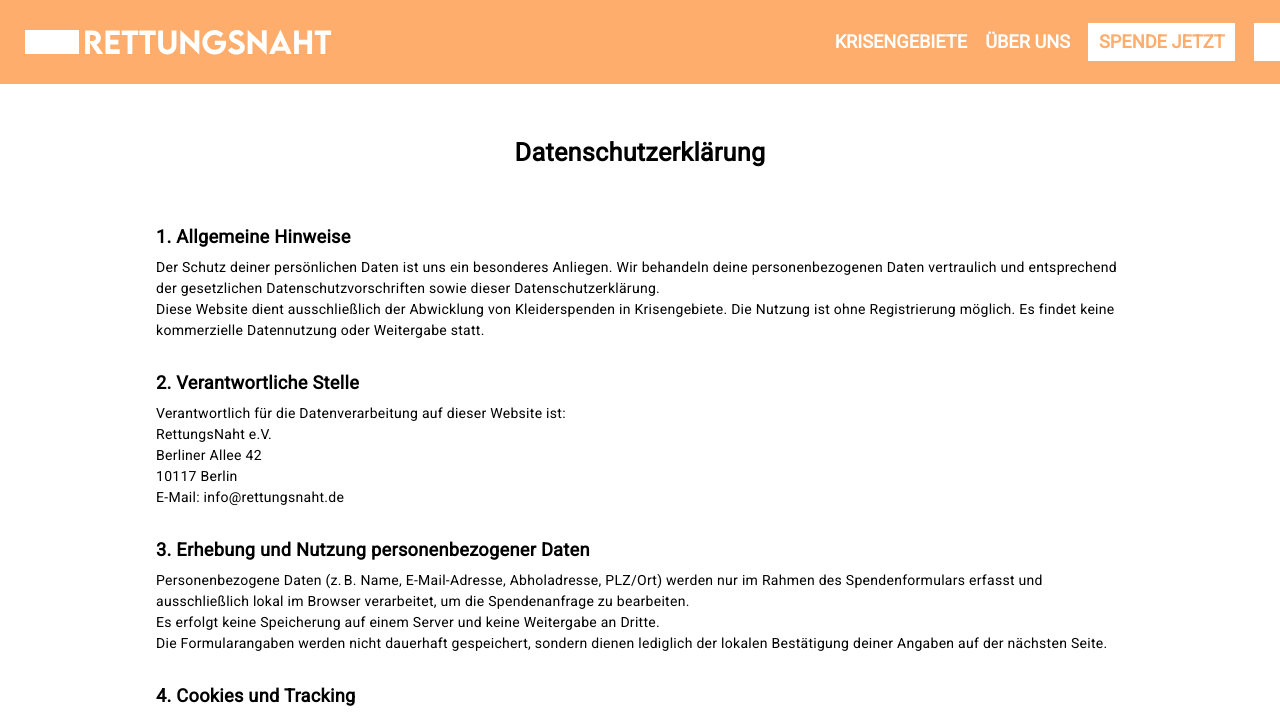
Repository: chriZVee/rettungsnaht
Page: /privacy-policy
An editor plug-in stored every save of this project. The page is shown before and after the next save, followed by the edit.
The browser window is 1280 px wide. The pictures show the whole page.
An inner scrolling area shows only its first screen. The project was rebuilt for these pictures with package versions that can differ from the ones it lists, and the page was loaded fresh each time. Also part of the build but not shown: vite.config.js, src/index.css, src/styles/hero.css, src/components/Hero.jsx, src/styles/form.css, src/components/form/AreaSelection.jsx, src/components/form/ContactData.jsx, src/components/form/DonationMethod.jsx and 17 more.

Above is the page before, as saved 2025-04-17 14:51:26.

### index.html
<!doctype html>
<html lang="en">

<head>
  <meta charset="UTF-8" />
  <link rel="icon" type="image/svg+xml" href="/vite.svg" />
  <meta name="viewport" content="width=device-width, initial-scale=1.0" />
  <link href="https://fonts.googleapis.com/css2?family=Roboto&display=swap" rel="stylesheet">
  <title>RETTUNGSNAHT e.V.</title>
</head>

<body>
  <div id="root"></div>
  <script type="module" src="/src/main.jsx"></script>
</body>

</html>

### src/App.jsx
import { BrowserRouter as Router, Routes, Route } from "react-router-dom";
import "./App.css";
import "./styles/global.css";
import Home from "./pages/Home";
import Confirmation from "./pages/Confirmation";
import Imprint from "./pages/Imprint";
import PrivacyPolicy from "./pages/PrivacyPolicy";

export default function App() {
  return (
    <Router>
      <Routes>
        <Route path="/" element={<Home />} />
        <Route path="/confirmation" element={<Confirmation />} />
        <Route path="/imprint" element={<Imprint />} />
        <Route path="/privacy-policy" element={<PrivacyPolicy />} />
      </Routes>
    </Router>
  );
}

### src/App.css
/* APP */
#root {
  margin: 0 auto;
}

img.seam-form {
  position: absolute;
  bottom: -4em;
  left: 0em;
  width: 120%;
  z-index: 2;
}

### src/styles/global.css
/* GLOBAL */

:root {
  /* Colors */
  --highlight: #ffad6d;
  --link-hover: #ffad6d;
  --text: #000;
  --button-unchecked: #f2f2f2;
  --button-checked: #ffad6d;
  --button-text: #fff;
  --h2: #000;
  --lightGrey: #f2f2f2;
  --warning: #ff4000;

  /* Font - not in use yet */
  --font-small: 0.8rem;
  --font-base: 1rem;
  --font-medium: 1.3rem;
  --font-ml: 1.5rem;
  --font-large: 1.8rem;
  --font-xl: 2.4rem;
  --font-xxl: 4.8rem;
  --font-h2: 2.1rem;
  --font-h1: 2.6rem;
  --font-button: 1rem;

  line-height: 1.5;
  width: auto;
}

* {
  box-sizing: border-box;
}

body,
html {
  font-size: 14px;
  font-family: "Roboto", "Segoe UI", "Helvetica Neue", sans-serif;
  background-color: white;
  /* margin reset */
  margin: 0;
  max-width: 100%;
  width: 100%;
  overflow-x: hidden;
  height: 100%;
}

@media (max-width: 480px) {
  html {
    width: fit-content;
  }
}

.header,
.footer,
.content {
  width: 100%;
}

h1,
.page-title {
  font-size: var(--font-h1);
  text-align: center;
  padding: 1.5em 0;
  font-weight: bold;
}

@media (max-width: 1440px) {
  h1,
  .page-title {
    padding: 2em 0.5em;
    font-size: var(--font-large);
  }
}

@media (max-width: 768px) {
  h1,
  .page-title {
    padding: 2em 0.5em 1.5em;
    font-size: var(--font-ml);
  }
}

h2 {
  font-size: var(--font-h2);
  font-weight: bold;
}

@media (max-width: 480px) {
  h2 {
    font-size: var(--font-ml);
  }
}

/* Margin Reset */
p,
h1,
h2 {
  margin: 0;
  letter-spacing: 0.02rem;
}
ul {
  padding: 0px;
}

img {
  max-width: 100%;
  height: auto;
  display: block;
}

a {
  color: white;
  text-decoration: none;
  font-weight: bold;
}

/* Centered Containers */
/* Large Desktops */
.container {
  max-width: 1440px;
  display: flex;
  flex-direction: column;
  margin: 0 auto;
}

@media (max-width: 1440px) {
  .container {
    width: 100%;
    max-width: 1200px;
  }
}

@media (max-width: 1280px) {
  .container {
    width: 100%;
    max-width: 1024px;
    padding: 0 3rem;
  }
}

/* Laptop/Tablet */
@media (max-width: 1024px) {
  .container {
    max-width: 960px;
    padding: 0 2rem;
  }
}

/* Tablet */
@media (max-width: 768px) {
  .container {
    max-width: 720px;
    padding: 0 1rem;
  }
}

/* Smartphone */
@media (max-width: 480px) {
  .container {
    max-width: 100%;
    padding: 0 0.75rem;
  }
}

/* Fieldset reset */
fieldset {
  border: none;
  padding: 0;
  margin: 0;
  min-inline-size: unset;
}

/* Hide elements */
.hidden {
  display: none !important;
}

@media (max-width: 768px) {
  .hide-on-mobile {
    display: none;
  }
}

.button {
  display: flex;
  padding: 0.5em 0.8em;
  background-color: var(--button-checked);
  cursor: pointer;
  font-weight: normal;
  transition: all 0.2s ease;
  font-size: var(--font-button);
  text-align: center;
  border: none;
  color: white;
}

.buttonized .deco {
  cursor: default;
}

.capitalize {
  text-transform: capitalize;
}

### src/pages/PrivacyPolicy.jsx
import Page from "../components/Page";
import org from "../data/org";
import "../styles/privacy-policy.css";

export default function PrivacyPolicy() {
  return (
    <Page>
      <section className="privacy-policy container">
        <h1>Datenschutzerklärung</h1>
        <div className="policy-block">
          <h2>1. Allgemeine Hinweise</h2>
          <p>
            Der Schutz deiner persönlichen Daten ist uns ein besonderes
            Anliegen. Wir behandeln deine personenbezogenen Daten vertraulich
            und entsprechend der gesetzlichen Datenschutzvorschriften sowie
            dieser Datenschutzerklärung.
          </p>

          <p>
            Diese Website dient ausschließlich der Abwicklung von Kleiderspenden
            in Krisengebiete. Die Nutzung ist ohne Registrierung möglich. Es
            findet keine kommerzielle Datennutzung oder Weitergabe statt.
          </p>
        </div>
        <div className="policy-block">
          <h2>2. Verantwortliche Stelle</h2>
          <p>
            Verantwortlich für die Datenverarbeitung auf dieser Website ist:
          </p>

          <p>{org.officialName}</p>
          <p>{org.address}</p>
          <p>
            {org.zip} {org.city}
          </p>
          <p>E-Mail: {org.email}</p>
        </div>
        <div className="policy-block">
          <h2>3. Erhebung und Nutzung personenbezogener Daten</h2>
          <p>
            Personenbezogene Daten (z. B. Name, E-Mail-Adresse, Abholadresse,
            PLZ/Ort) werden nur im Rahmen des Spendenformulars erfasst und
            ausschließlich lokal im Browser verarbeitet, um die Spendenanfrage
            zu bearbeiten.
          </p>
          <p>
            Es erfolgt keine Speicherung auf einem Server und keine Weitergabe
            an Dritte.
          </p>

          <p>
            Die Formularangaben werden nicht dauerhaft gespeichert, sondern
            dienen lediglich der lokalen Bestätigung deiner Angaben auf der
            nächsten Seite.
          </p>
        </div>
        <div className="policy-block">
          <h2>4. Cookies und Tracking</h2>

          <p>
            Diese Website verwendet keine Cookies, keine Analyse-Tools (z. B.
            Google Analytics) und keine Drittanbieter-Skripte.
          </p>
        </div>
        <div className="policy-block">
          <h2>5. Deine Rechte</h2>
          <p>
            Da keine personenbezogenen Daten gespeichert oder übertragen werden,
            entstehen dir gegenüber uns keine über das Spendenformular
            hinausgehenden Verpflichtungen.
          </p>
          <p>
            Wenn du Fragen hast, kannst du uns jederzeit per E-Mail
            kontaktieren.
          </p>
        </div>
        <div className="policy-block">
          <h2>6. Sicherheit</h2>
          <p>
            Diese Seite läuft über eine SSL-verschlüsselte Verbindung (HTTPS).
            Dadurch sind deine Eingaben vor dem Zugriff Dritter geschützt.
          </p>
        </div>
        <div className="policy-block">
          <h2>7. Änderungen</h2>
          <p>
            Wir behalten uns vor, diese Datenschutzerklärung zu aktualisieren,
            falls sich technische oder rechtliche Rahmenbedingungen ändern.
          </p>
        </div>
      </section>
    </Page>
  );
}

### src/components/Page.jsx
import Header from "./Header";
import Footer from "./Footer";
import "../styles/page.css";

export default function Page({ children }) {
  return (
    <div className="page">
      <Header />
      <div className="content wrapper">
        <div className="page-content">{children}</div>
      </div>
      <Footer />
    </div>
  );
}

### src/data/org.js
/* Company Information */
const org = {
  officialName: "RettungsNaht e.V.",
  name: "RettungsNaht",
  address: "Berliner Allee 42",
  zip: "10117",
  city: "Berlin",
  email: "info@rettungsnaht.de",
  url: "www.rettungsnaht.org",
  tel: "+49 (0)123 456789",
  ustId: "DE123456789",
  chairman: "Max Mustermann",
};

export default org;

### src/styles/privacy-policy.css
/* Privacy Policy */

section.privacy-policy {
  padding: 0 0 4.5rem 0;
}

.policy-block {
  padding: 0 2rem 0rem 2rem;
}

.policy-block h2 {
  font-size: var(--font-medium);
  padding: 2rem 0 0.5rem 0;
}

.policy-block:first-of-type h2 {
  padding-top: 0rem;
}

### src/components/Header.jsx
import { Link } from "react-router-dom";
import "../styles/header.css";
import rnLogo from "../assets/rn-logo-white.svg";

function Header() {
  return (
    <header className="header container">
      <Link to="/">
        <img
          src={rnLogo}
          className="header-image"
          alt="RettungsNaht Logo"
        ></img>
      </Link>
      <nav className="nav">
        <ul className="nav-bar">
          <li>
            <Link to="/#crisis-area-section">Krisengebiete</Link>
          </li>
          <li>
            <Link to="/#about-section">Über uns</Link>
          </li>
          <li className="buttonized">
            <Link to="/#donation-form">Spende jetzt</Link>
          </li>
          <li className="buttonized deco">&nbsp;</li>
        </ul>
      </nav>
    </header>
  );
}

export default Header;

### src/components/Footer.jsx
import org from "../data/org";
import "../styles/footer.css";
import { Link } from "react-router-dom";

export default function Footer() {
  return (
    <section className="footer container">
      <div className="footer-link-container">
        <ul className="small-gap">
          <li className="buttonized deco">&nbsp;</li>
          <li className="buttonized">
            <Link to="/#donation-form">Spende jetzt</Link>
          </li>
        </ul>
      </div>
      <div className="footer-link-container lh-small">
        <ul>
          <li>
            <Link to="/imprint">Impressum</Link>
          </li>
          <li>
            <Link to="/privacy-policy">Datenschuterklärung</Link>
          </li>
        </ul>
      </div>
      <div className="copyright-container">
        <p className="copyright-note">© 2025 {org.officialName}</p>
      </div>
    </section>
  );
}

### src/styles/page.css
/* Page */

.page .page-content {
  display: flex;
  flex-direction: column;
  min-height: 100vh;
}

.page .content {
  flex: 1;
}

### src/styles/header.css
/* Header */

.header {
  background-color: var(--highlight);
  display: flex;
  flex-direction: row;
  align-items: center;
  justify-content: space-between;
  padding: 1em 0 1em 25px;
  max-width: none;
  max-height: 84px;
}

@media (max-width: 1024px) {
  .header {
    flex-direction: column;
    max-height: none;
    padding: 1.5em 1em 0.5em 1em;
  }
}

.nav-bar {
  display: flex;
  justify-content: space-between;
  align-items: center;
  gap: 1em;
  list-style: none;
  text-transform: uppercase;
  font-size: var(--font-medium);
  text-align: center;
}
@media (max-width: 1024px) {
  .nav-bar {
    font-size: var(--font-small);
  }
}
@media (max-width: 768px) {
  .nav-bar {
    font-size: var(--font-small);
  }
}
@media (max-width: 480px) {
  .nav-bar {
    justify-content: space-evenly;
    gap: 1em;
    font-size: var(--font-small);
    flex-wrap: wrap;
  }
}

.nav-bar li.buttonized {
  background-color: white;
  color: var(--highlight);
  padding: 0.3em 0.6em;
}

.nav-bar li.buttonized a {
  color: var(--highlight);
}

@media (max-width: 480px) {
  .header li.deco {
    display: none;
  }
}

### src/styles/footer.css
/* FOOTER */

section.footer {
  display: flex;
  flex-direction: row;
  align-content: center;
  justify-content: center;
  padding: 2em 0 2.5em 0;
  max-width: none;
  max-height: 136px;
  background-color: var(--highlight);
  column-gap: 4.5em;
  row-gap: 1em;
  flex-wrap: wrap;
  font-size: var(--font-base);
}

section.footer .copyright-container {
  flex-basis: 100%;
  display: flex;
  align-content: center;
  justify-content: center;
}

.footer .copyright-note {
  color: white;
  font-size: var(--font-base);
}

.footer-link-container {
  display: flex;
  align-content: center;
  justify-content: center;
  flex-wrap: wrap;
}

.footer-link-container ul {
  display: flex;
  flex-direction: row;
  align-content: center;
  justify-content: center;
  gap: 4em;
  flex-wrap: wrap;
}

.footer li {
  display: inline-block;
}

.footer-link-container li.buttonized {
  background-color: white;
  padding: 0.3em 0.6em;
}

.footer-link-container li.buttonized a {
  color: var(--highlight);
}

.footer .small-gap {
  display: flex;
  gap: 1em;
}

@media (max-width: 768px) {
  .footer-link-container ul {
    gap: 1em;
  }
  section.footer {
    justify-content: center;
    max-height: none;
    gap: 1em 1.5em;
  }
}

@media (max-width: 480px) {
  section.footer {
    justify-content: center;
    max-height: none;
    column-gap: 1em;
    row-gap: 0;
  }
}

Loaded but not shown: src/main.jsx (common file)

After the next save:
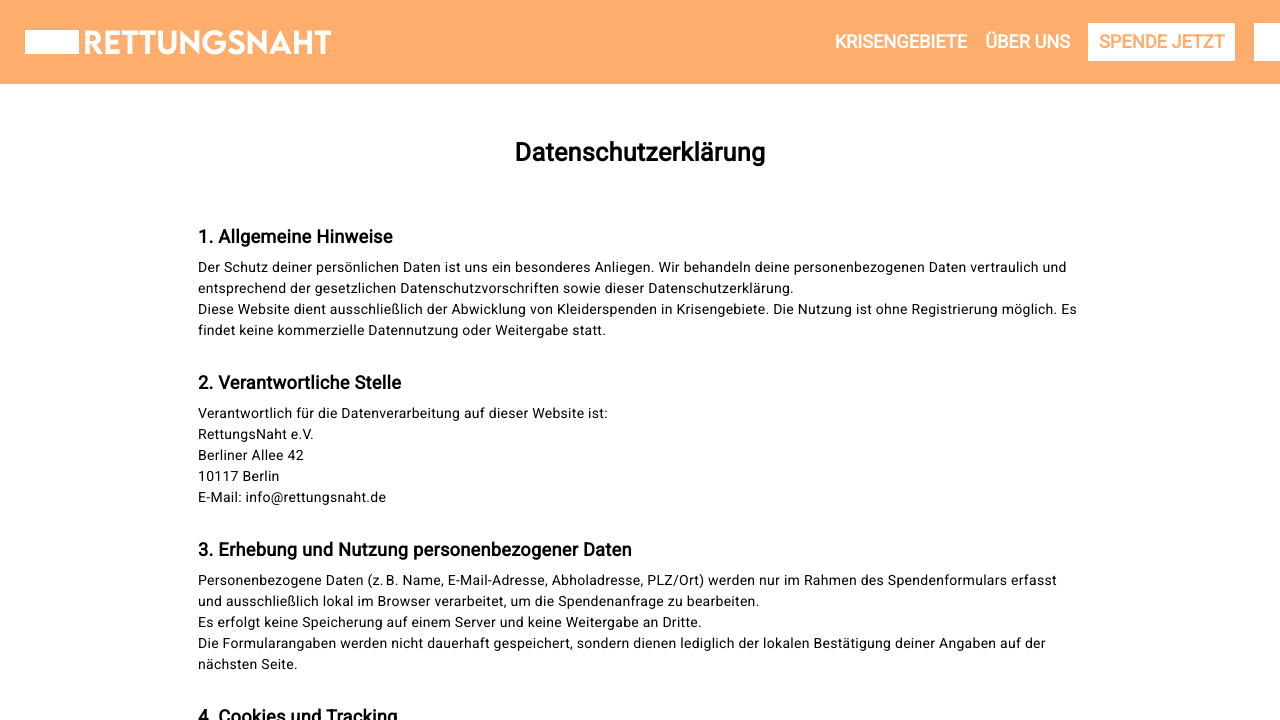
Saved 19 s later.
--- a/src/styles/privacy-policy.css
+++ b/src/styles/privacy-policy.css
@@ -1,7 +1,7 @@
 /* Privacy Policy */
 
 section.privacy-policy {
-  padding: 0 0 4.5rem 0;
+  padding-bottom: 4.5rem;
 }
 
 .policy-block {
